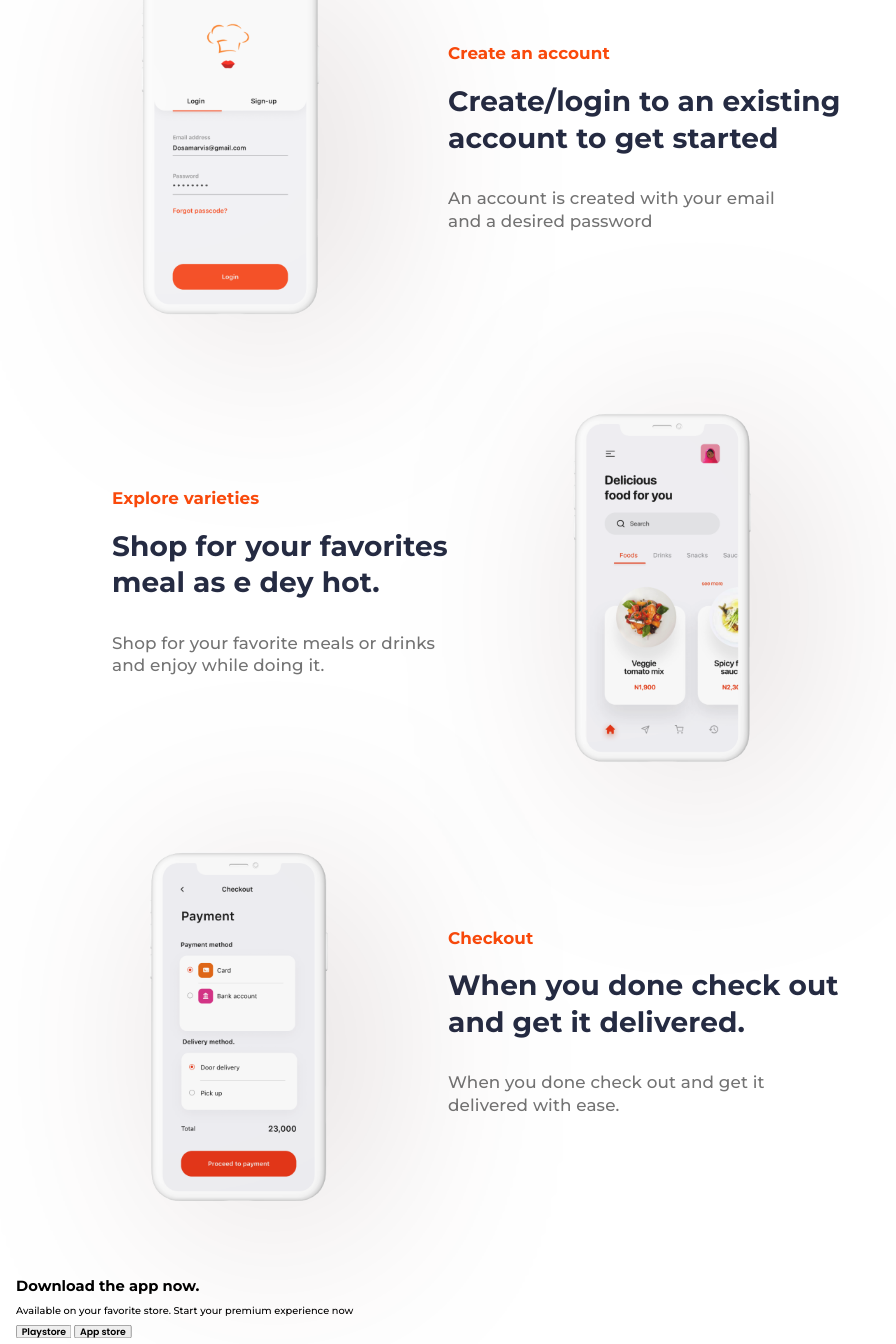
Repository: hoangnguyendev19/food_app
Page: index.html
These files come from the project's save history. The page is drawn as it stood at one moment and after the next save; the edit follows.
The browser window is 1280 px wide. The pictures show the part of the page from y = 1817 to 3737 px (the page is 3737 px tall), at 70% of full size.
The style sheet was rebuilt from its Sass, Less or Tailwind sources for each picture, by a compiler version that may differ from the author's.

Above is the page before, as saved 2021-11-08 20:47:49.

### index.html
<!DOCTYPE html>
<html lang="en">
<head>
    <meta charset="UTF-8">
    <meta http-equiv="X-UA-Compatible" content="IE=edge">
    <meta name="viewport" content="width=device-width, initial-scale=1.0">
    <title>Food</title>
    <link href="https://fonts.googleapis.com/css2?family=Montserrat:wght@500;600;700&family=Poppins:wght@600;700&family=Roboto:wght@700&display=swap" rel="stylesheet">
    <link rel="stylesheet" href="./app/styles.css">
</head>
<body>
    <div class="wrapper">
        <header class="header">
            <div class="container">
                <div class="header__top">
                    <a href="" class="header__image">
                        <img src="./app/images/img-logo.png" alt="">
                    </a>
                    <ul class="header__menu">
                        <li class="header__item">
                            <a href="" class="header__link">Home</a>
                        </li>
                        <li class="header__item">
                            <a href="" class="header__link">Product</a>
                        </li>
                        <li class="header__item">
                            <a href="" class="header__link">Faq</a>
                        </li>
                        <li class="header__item">
                            <a href="" class="header__link">Contact</a>
                        </li>
                    </ul>
                </div>
            </div>
        </header>
        <main>
            <section class="banner">
                <div class="banner__top">
                    <div class="banner__content">
                        <span class="banner__title">Food app</span>
                        <h1 class="banner__heading">Why stay hungry when you can order form Bella Onojie</h1>
                        <h4 class="banner__desc">Download the bella onoje’s food app now on</h4>
                        <button class="banner__btn">Playstore</button>
                        <button class="banner__btn">App store</button>
                    </div>
                </div>
                <div class="banner__bottom">
                    <div class="banner__image">
                        <img src="./app/images/img-banner-phone.png" alt="">
                    </div>
                </div>
            </section>
            <section class="work">
                <div class="container">
                    <h2 class="work__caption">How the app works</h2>
                    <div class="work__item">
                        <div class="work__image">
                            <img src="./app/images/img-create.png" alt="">
                        </div>
                        <div class="work__content">
                            <span class="work__title">Create an account</span>
                            <h2 class="work__heading">Create/login to an existing account to get started</h2>
                            <p class="work__desc">An account is created with your email and a desired password</p>
                        </div>
                    </div>
                    <div class="work__item work__item--reverse">
                        <div class="work__image">
                            <img src="./app/images/img-explore.png" alt="">
                        </div>
                        <div class="work__content">
                            <div class="work__content--reverse">
                                <span class="work__title">Explore varieties</span>
                                <h2 class="work__heading">Shop for your favorites meal as e dey hot.</h2>
                                <p class="work__desc">Shop for your favorite meals or drinks and enjoy while doing it.</p>
                                </div>
                        </div>
                    </div>
                    <div class="work__item">
                        <div class="work__image">
                            <img src="./app/images/img-checkout.png" alt="">
                        </div>
                        <div class="work__content">
                            <span class="work__title">Checkout</span>
                            <h2 class="work__heading">When you done check out and get it delivered.</h2>
                            <p class="work__desc">When you done check out and get it delivered with ease.</p>
                        </div>
                    </div>
                </div>
            </section>
            <section class="download">
                <div class="container">
                    <div class="download__content">
                        <h2 class="download__heading">Download the app now.</h2>
                        <p class="download__desc">Available on your favorite store. Start your premium experience now</p>
                        <button class="download__btn">Playstore</button>
                        <button class="download__btn">App store</button>
                    </div>
                </div>
            </section>
        </main>
    </div>
</body>
</html>

### app/styles/styles.scss
@import "helpers/variables";
@import "helpers/global";
@import "helpers/mixin";

@import "layout/header";
@import "layout/banner";
@import "layout/work";

### app/styles/helpers/_variables.scss
$primary-color: #FA4A0C;
$secondary-color: #252B42;
$third-color: #737373;
$primary-font: 'Montserrat', sans-serif;
$secondary-font: 'Poppins', sans-serif;
$third-font: 'Roboto', sans-serif;
$wrapper: 1440px;
$container: 1280px;

### app/styles/helpers/_global.scss
html {
    font-size: 62.5%;
    box-sizing: border-box;
}
a {
    text-decoration: none;
}
img {
    max-width: 100%;
    display: block;
}
ul,li {
    list-style: none;
}
body {
    font-family: $primary-font;
    line-height: 1;
    font-size: 1.4rem;
}
input, button,textarea {
    font-family: $secondary-font;
    line-height: 1;
    outline: none;
}
.wrapper {
    max-width: $wrapper;
    margin: 0 auto;
}
.container {
    max-width: $container + 30px;
    margin: 0 auto;
    padding: 0 15px;
}

### app/styles/helpers/_mixin.scss
@mixin size($width, $height: $width){
	width: $width;
	height: $height;
}

@mixin flexBox($align-items: stretch, $justify-content: flex-start, $flex-direction: row, $wrap: nowrap, $flex: flex) {
	display: $flex;
	justify-content: $justify-content;
	align-items: $align-items;
	flex-direction: $flex-direction;
	flex-wrap: $wrap;
}

### app/styles/layout/_header.scss
.header {
    @include size(100%, 15.7rem);
    &__image {
        display: inline-block;
    }
    &__top {
        @include flexBox(center, space-between);
    }
    &__menu {
        @include flexBox(center);
    }
    &__item:not(:first-child) {
        margin-left: 10.4rem;
    }
    &__link {
        font-size: 1.6rem;
        color: $secondary-color;
        font-weight: 600;
        transition: all 0.2s linear;
        &:hover {
            color: $primary-color;
        }
    }
}

### app/styles/layout/_banner.scss
.banner {
    &__top {
        @include size(100%, 62rem);
        background: linear-gradient(0deg, rgba(23, 16, 16, 0.6), rgba(23, 16, 16, 0.6)), url("./images/img-banner.jpg");
        @include flexBox(center, center);
    }
    &__content {
        @include size(94rem, 40rem);
        padding-top: 7.2rem;
        padding-bottom: 14.6rem;
        text-align: center;
    }
    &__title {
        font-weight: 700;
        font-size: 2.4rem;
        letter-spacing: 0.1px;
        color: #F6F6F6;
        display: inline-block;
        margin-bottom: 2.4rem;
    }
    &__heading {
        font-family: $secondary-font;
        font-weight: bold;
        font-size: 5.8rem;
        line-height: 1.4;
        text-align: center;
        letter-spacing: 0.2px;
        margin-top: 0;
        margin-bottom: 4rem;
    }
    &__desc {
        font-weight: 500;
        font-size: 2.4rem;
        letter-spacing: 0.2px;
        margin-top: 0;
        margin-bottom: 6rem;
    }
    &__btn {
        @include size(23.6rem, 6.8rem);
        background-color: transparent;
        border-radius: 3rem;
        border: 1px solid white;
        color: white;
        font-weight: bold;
        font-size: 2.4rem;
        letter-spacing: 0.1px;
        transition: all 0.25s linear;
        cursor: pointer;
        &:hover {
            background-color: $primary-color;
            border-color: $primary-color;
        }
    }
    &__btn:last-child {
        margin-left: 3.4rem;
    }
    &__bottom {
        margin-top: -10%;
        position: relative;
        &::after {
            content: "";
            position: absolute;
            @include size(88.4rem, 0);
            left: 50%;
            bottom: 0;
            transform: translateX(-50%);
            border: 3px solid #E4E4E4;
            z-index: 9;
        }
    }
    &__image {
        @include size(54.8rem, 640px);
        margin: 0 auto;
        padding-bottom: 17rem;
    }
}

### app/styles/layout/_work.scss
.work {
    text-align: center;
    &__caption {
        font-family: $secondary-font;
        font-weight: 600;
        font-size: 4.4rem;
        letter-spacing: 0.1px;
        color: #000;
        opacity: 0.8;
        margin-top: 7rem;
        margin-bottom: 6rem;
        display: inline-block;
    }
    &__item {
        @include flexBox(center);
        margin: 11rem 0;
    }
    &__item--reverse {
        flex-direction: row-reverse;
    }
    &__image {
        width: 50%;
        @include flexBox(stretch, center);
        filter: drop-shadow(50px 30px 150px rgba(46, 4, 4, 0.15));
    }
    &__content {
        width: 50%;
        text-align: start;
    }
    &__content--reverse {
        width: 48rem;
        margin-left: auto;
    }
    &__title {
        font-weight: bold;
        font-size: 2.4rem;
        letter-spacing: 0.1px;
        color: $primary-color;
        display: inline-block;
        margin-bottom: 3rem;
    }
    &__heading {
        font-weight: bold;
        font-size: 4rem;
        letter-spacing: 0.2px;
        color: $secondary-color;
        line-height: 1.3;
        margin-top: 0;
        margin-bottom: 4.5rem;
    }
    &__desc {
        font-weight: 500;
        font-size: 2.4rem;
        line-height: 1.3;
        letter-spacing: 0.2px;
        color: $third-color;
        margin: 0;
        width: 47rem;
    }
}

### app/styles/layout/_download.scss
.download {
    background: linear-gradient(0deg, rgba(37, 43, 66, 0.4), rgba(37, 43, 66, 0.4)), url("./images/img-download.jpg");
}

After the next save:
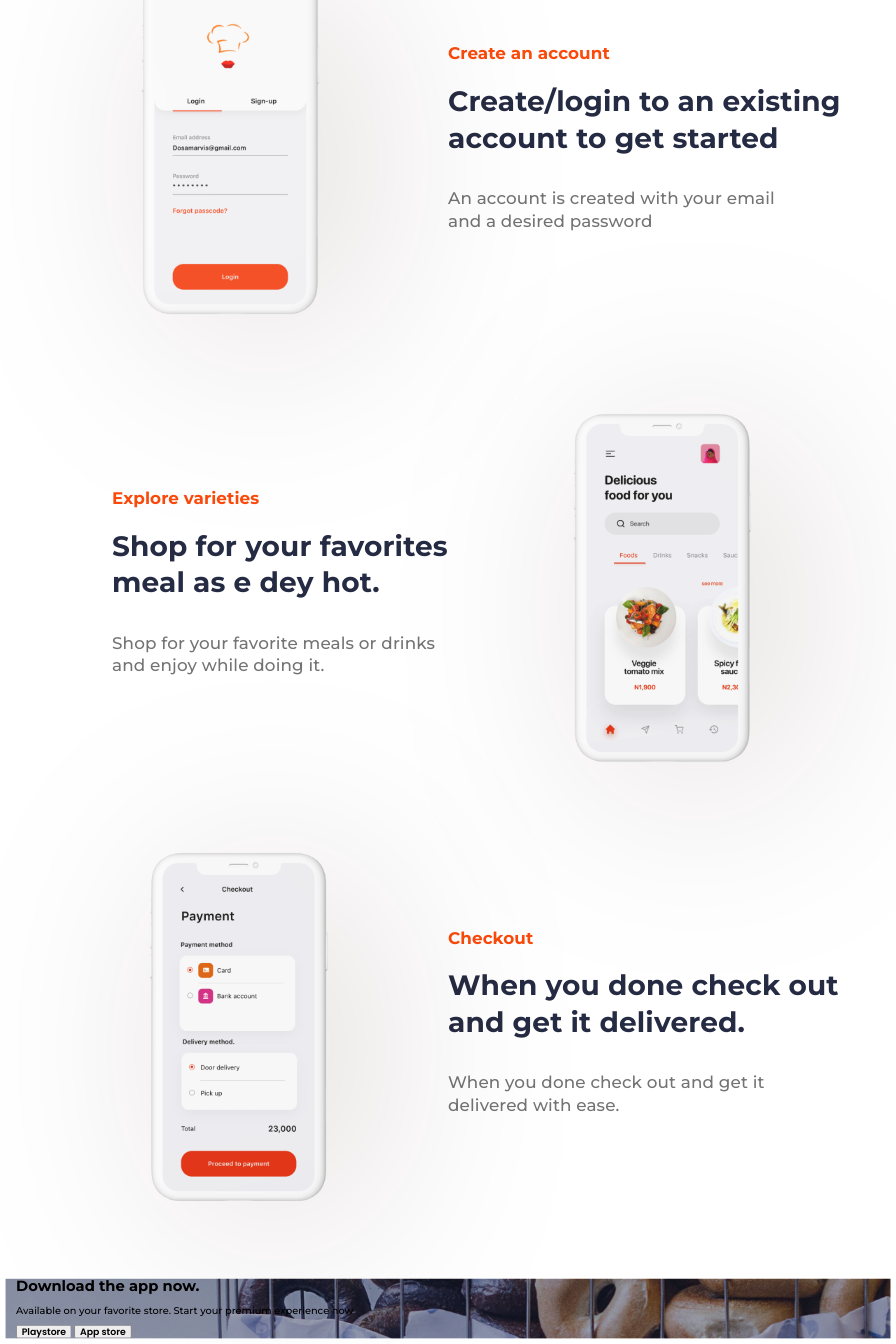
Saved 35 s later.
--- a/app/styles/styles.scss
+++ b/app/styles/styles.scss
@@ -5,3 +5,4 @@
 @import "layout/header";
 @import "layout/banner";
 @import "layout/work";
+@import "layout/download";
